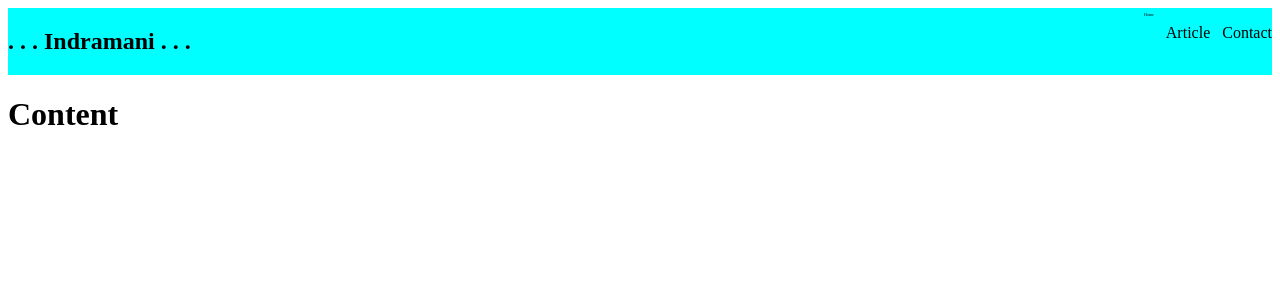
Repository: indramani7271/Indramani-First
Page: /
These files come from the project's save history. The page is drawn as it stood at one moment and after the next save; the edit follows.
The browser window is 1280 px wide. The pictures show the whole page.
The project was rebuilt for these pictures with package versions that can differ from the ones it lists, and the page was loaded fresh each time. Also part of the build but not shown: vite.config.js, src/index.css.

Above is the page before, as saved 2024-12-02 17:17:33.

### src/App.jsx
import Navbar from "./Component/Navbar";

function App() {


  return (
    <div>

<Navbar />

      <h1>Content</h1>
    </div>
  )


}


export default App;

### src/Component/Navbar.jsx
function Navbar() {
    return(
        <div style={{display:"flex" , justifyContent:"space-between", backgroundColor:"aqua"}}>

<div>
<h2>. . . Indramani . . .</h2>
</div>

<div style={{display:"flex" , justifyContent:"space-between", gap:"12px", backgroundColor:"aqua"}}>

<p style={{fontSize:"4px"}}>Home</p>
<p>Article</p>
<p>Contact</p>

</div>

        </div>
    )

}

export default Navbar

Loaded but not shown: index.html (common file); src/main.jsx (common file)

After the next save:
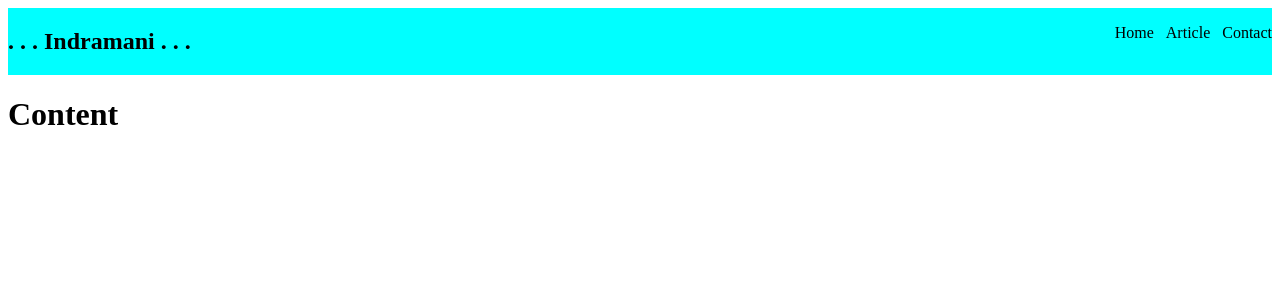
Saved 21 s later.
--- a/src/Component/Navbar.jsx
+++ b/src/Component/Navbar.jsx
@@ -8,7 +8,7 @@ function Navbar() {
 
 <div style={{display:"flex" , justifyContent:"space-between", gap:"12px", backgroundColor:"aqua"}}>
 
-<p style={{fontSize:"4px"}}>Home</p>
+<p >Home</p>
 <p>Article</p>
 <p>Contact</p>
 
